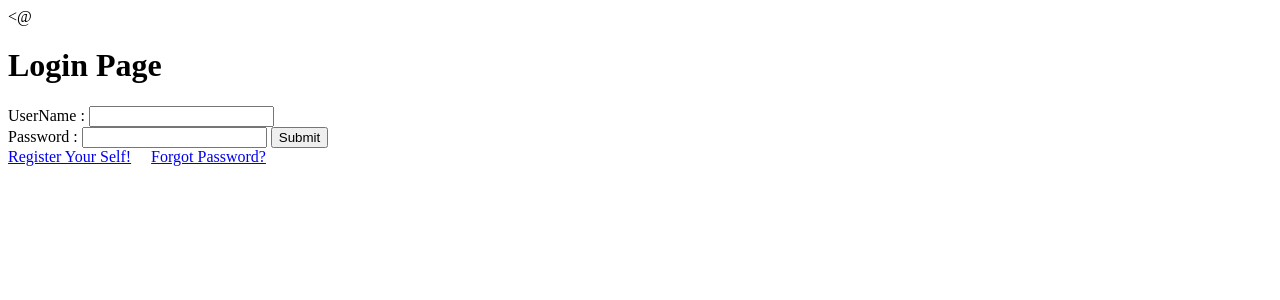
Repository: devgpta19/CDAC-Assignments
Page: http://localhost/CarVehicle/LoginPage.jsp
The author's editor kept a copy of each file at every save. The page is drawn from the files as they stood at one save, then again after a run of saves.
The browser window is 1280 px wide. The pictures show the whole page.
The page is served by Tomcat 9. Other server files are loaded and not shown.

Above is the page before, as saved 2025-12-11 07:15:31.

### Adv.Java/Prac/CarVehicle/src/main/webapp/LoginPage.jsp
<%@ page language="java" contentType="text/html; charset=ISO-8859-1"
    pageEncoding="ISO-8859-1"%>
<!DOCTYPE html>
<html>
<head>
<meta charset="ISO-8859-1">
<title>Insert title here</title>
</head>
<body>
	<@
	<h1>Login Page</h1>
	<form action="validateUser" method="post">

		<label for="uname" >UserName : </label>
		<input type="text" name="uname" id="uname" />

		<br>

		<label for="pass" >Password : </label>
		<input type="text" name="pass" id="pass" />

		<button type="submit" name="btn" id="btn" >Submit</button>

	</form>

	<a href="RegisterPage.jsp" >Register Your Self!</a> &nbsp; &nbsp;
	<a href="/ForgotPass" >Forgot Password?</a>

</body>
</html>

After the next 2 saves:
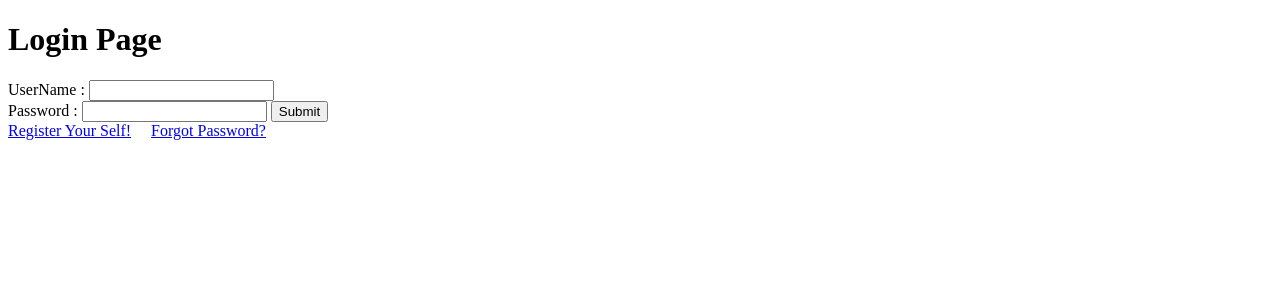
The 2 saves are shown as one change because they came seconds apart.
The last was saved 7 s later.
--- a/Adv.Java/Prac/CarVehicle/src/main/webapp/LoginPage.jsp
+++ b/Adv.Java/Prac/CarVehicle/src/main/webapp/LoginPage.jsp
@@ -7,7 +7,7 @@
 <title>Insert title here</title>
 </head>
 <body>
-	<@
+	<% %>
 	<h1>Login Page</h1>
 	<form action="validateUser" method="post">
 
